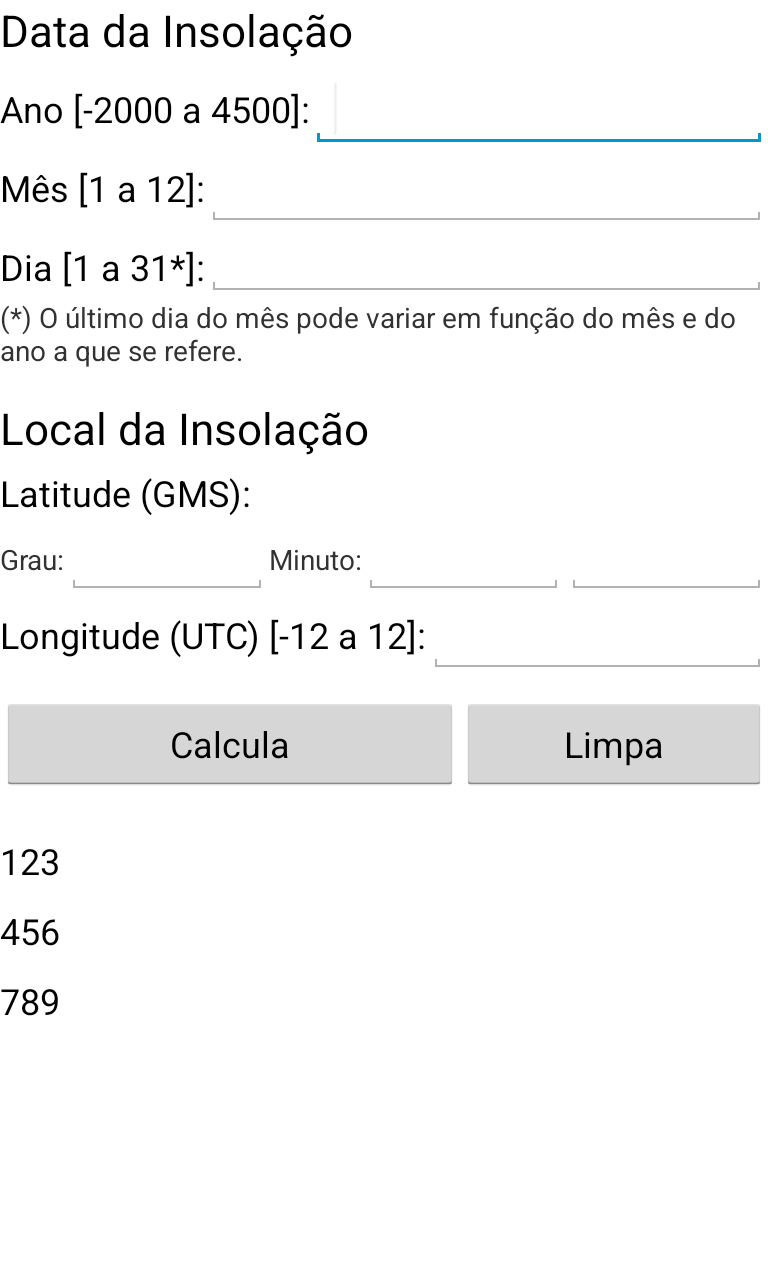
Repository: sergioPereiraBR/insolacao_terrestre
Layout: projeto/source code/InsolacaoTerrestre/res/layout/activity_insolacao_terrestre.xml
The author's editor kept a copy of each file at every save. The layout is drawn from the files as they stood at one save, then again after the next save.
It is drawn on a 768 x 1280 px phone screen (xhdpi) without system bars, with theme AppTheme; the app's code is not run.

Above is the layout before, as saved 2016-11-23 22:54:13.

### projeto/source code/InsolacaoTerrestre/res/layout/activity_insolacao_terrestre.xml
<LinearLayout xmlns:android="http://schemas.android.com/apk/res/android"
    xmlns:tools="http://schemas.android.com/tools"
    android:id="@+id/LinearLayout1"
    android:layout_width="match_parent"
    android:layout_height="match_parent"
    android:orientation="vertical"
    tools:context="${relativePackage}.${activityClass}" >

    <LinearLayout
        android:layout_width="fill_parent"
        android:layout_height="35dp" >

        <TextView
            android:id="@+id/textView4"
            android:layout_width="wrap_content"
            android:layout_height="wrap_content"
            android:text="Data da Insolação"
            android:textAppearance="?android:attr/textAppearanceLarge" />
    </LinearLayout>

    <LinearLayout
        android:layout_width="match_parent"
        android:layout_height="wrap_content" >

        <TextView
            android:id="@+id/textView5"
            android:layout_width="wrap_content"
            android:layout_height="wrap_content"
            android:text="Ano [-2000 a 4500]:"
            android:textAppearance="?android:attr/textAppearanceMedium" />

        <EditText
            android:id="@+id/editText1"
            android:layout_width="fill_parent"
            android:layout_height="wrap_content"
            android:layout_weight="1"
            android:ems="10"
            android:inputType="numberSigned" >

            <requestFocus />
        </EditText>
    </LinearLayout>

    <LinearLayout
        android:layout_width="match_parent"
        android:layout_height="wrap_content"
        android:orientation="horizontal" >

        <TextView
            android:id="@+id/textView1"
            android:layout_width="wrap_content"
            android:layout_height="wrap_content"
            android:text="Mês [1 a 12]:"
            android:textAppearance="?android:attr/textAppearanceMedium" />

        <EditText
            android:id="@+id/editText2"
            android:layout_width="fill_parent"
            android:layout_height="wrap_content"
            android:layout_weight="0.39"
            android:ems="10"
            android:inputType="number" />

    </LinearLayout>

    <LinearLayout
        android:layout_width="match_parent"
        android:layout_height="wrap_content"
        android:orientation="vertical" >

        <LinearLayout
            android:layout_width="match_parent"
            android:layout_height="35dp" >

            <TextView
                android:id="@+id/textView2"
                android:layout_width="wrap_content"
                android:layout_height="wrap_content"
                android:text="Dia [1 a 31*]:"
                android:textAppearance="?android:attr/textAppearanceMedium" />

            <EditText
                android:id="@+id/editText3"
                android:layout_width="fill_parent"
                android:layout_height="wrap_content"
                android:layout_weight="1"
                android:ems="10"
                android:inputType="number" />
        </LinearLayout>

        <TextView
            android:id="@+id/textView11"
            android:layout_width="wrap_content"
            android:layout_height="50dp"
            android:layout_weight="1"
            android:text="(*) O último dia do mês pode variar em função do mês e do ano a que se refere."
            android:textAppearance="?android:attr/textAppearanceSmall" />

    </LinearLayout>

    <LinearLayout
        android:layout_width="match_parent"
        android:layout_height="35dp" >

        <TextView
            android:id="@+id/textView3"
            android:layout_width="wrap_content"
            android:layout_height="wrap_content"
            android:text="Local da Insolação"
            android:textAppearance="?android:attr/textAppearanceLarge" />

    </LinearLayout>

    <LinearLayout
        android:layout_width="match_parent"
        android:layout_height="wrap_content" >

        <TextView
            android:id="@+id/textView6"
            android:layout_width="wrap_content"
            android:layout_height="wrap_content"
            android:text="Latitude (GMS):"
            android:textAppearance="?android:attr/textAppearanceMedium" />

    </LinearLayout>

    <LinearLayout
        android:layout_width="match_parent"
        android:layout_height="wrap_content" >

        <TextView
            android:id="@+id/textView7"
            android:layout_width="wrap_content"
            android:layout_height="wrap_content"
            android:text="Grau:"
            android:textAppearance="?android:attr/textAppearanceSmall" />

        <EditText
        	android:id="@+id/editText4"
            android:layout_width="wrap_content"
            android:layout_height="wrap_content"
            android:layout_weight="1"
            android:ems="10"
            android:inputType="numberSigned" />


        <TextView
            android:id="@+id/textView8"
            android:layout_width="wrap_content"
            android:layout_height="wrap_content"
            android:text="Minuto:"
            android:textAppearance="?android:attr/textAppearanceSmall" />

        <EditText
            android:id="@+id/editText5"
            android:layout_width="wrap_content"
            android:layout_height="wrap_content"
            android:layout_weight="1"
            android:ems="10"
            android:inputType="number" />

        <EditText
            android:id="@+id/editText6"
            android:layout_width="wrap_content"
            android:layout_height="wrap_content"
            android:layout_weight="1"
            android:ems="10"
            android:inputType="numberDecimal" />

    </LinearLayout>

    <LinearLayout
        android:layout_width="match_parent"
        android:layout_height="50dp"
        android:orientation="horizontal" >

        <Space
            android:layout_width="wrap_content"
            android:layout_height="match_parent" />

        <TextView
            android:id="@+id/textView10"
            android:layout_width="wrap_content"
            android:layout_height="wrap_content"
            android:text="Longitude (UTC) [-12 a 12]:"
            android:textAppearance="?android:attr/textAppearanceMedium" />

        <EditText
            android:id="@+id/editText7"
            android:layout_width="fill_parent"
            android:layout_height="wrap_content"
            android:layout_weight="1"
            android:ems="10"
            android:inputType="numberSigned" />

    </LinearLayout>

    <LinearLayout
        android:layout_width="fill_parent"
        android:layout_height="70dp"
        android:orientation="horizontal" >

        <RelativeLayout
            android:layout_width="wrap_content"
            android:layout_height="match_parent" >

            <Button
                android:id="@+id/button2"
                android:layout_width="154dp"
                android:layout_height="wrap_content"
                android:layout_alignParentRight="true"
                android:layout_alignParentTop="true"
                android:text="Limpa" />

            <Button
                android:id="@+id/button1"
                android:layout_width="146dp"
                android:layout_height="wrap_content"
                android:layout_alignParentLeft="true"
                android:layout_alignParentTop="true"
                android:layout_toLeftOf="@+id/button2"
                android:text="Calcula" />

        </RelativeLayout>

    </LinearLayout>

    <LinearLayout
        android:layout_width="match_parent"
        android:layout_height="100dp"
        android:orientation="vertical" >

        <TextView
            android:id="@+id/textView13"
            android:layout_width="wrap_content"
            android:layout_height="35dp"
            android:text="123"
            android:textAppearance="?android:attr/textAppearanceMedium" />

        <TextView
            android:id="@+id/textView14"
            android:layout_width="wrap_content"
            android:layout_height="35dp"
            android:text="456"
            android:textAppearance="?android:attr/textAppearanceMedium" />

        <TextView
            android:id="@+id/textView15"
            android:layout_width="wrap_content"
            android:layout_height="35dp"
            android:text="789"
            android:textAppearance="?android:attr/textAppearanceMedium" />

        <TextView
            android:id="@+id/textView12"
            android:layout_width="wrap_content"
            android:text="teste"
            android:textAppearance="?android:attr/textAppearanceMedium" />

    </LinearLayout>

</LinearLayout>

Loaded but not shown: projeto/source code/InsolacaoTerrestre/res/values/styles.xml (common file); projeto/source code/InsolacaoTerrestre/res/values-v11/styles.xml (common file); projeto/source code/InsolacaoTerrestre/res/values-v14/styles.xml (common file)

After the next save:
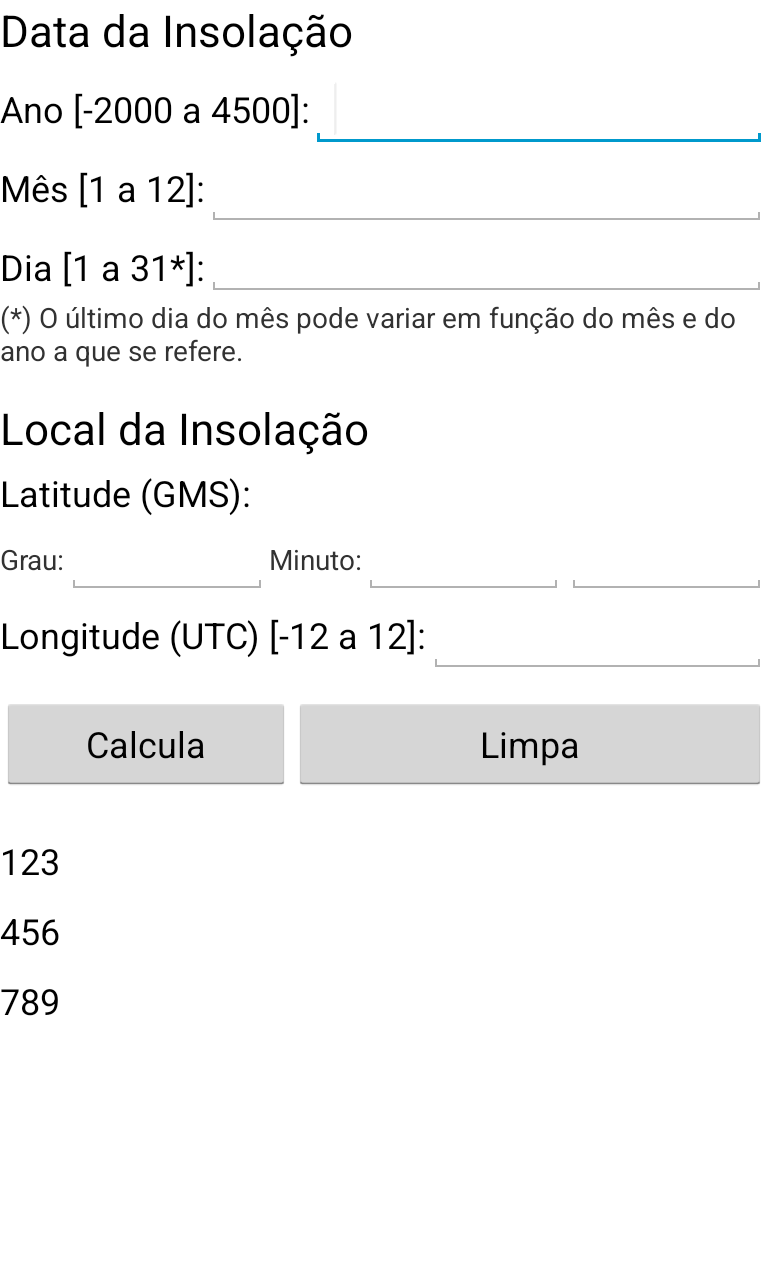
Saved 41 s later.
--- a/projeto/source code/InsolacaoTerrestre/res/layout/activity_insolacao_terrestre.xml
+++ b/projeto/source code/InsolacaoTerrestre/res/layout/activity_insolacao_terrestre.xml
@@ -210,6 +210,7 @@
                 android:layout_height="wrap_content"
                 android:layout_alignParentRight="true"
                 android:layout_alignParentTop="true"
+                android:layout_toRightOf="@+id/button1"
                 android:text="Limpa" />
 
             <Button
@@ -218,7 +219,6 @@
                 android:layout_height="wrap_content"
                 android:layout_alignParentLeft="true"
                 android:layout_alignParentTop="true"
-                android:layout_toLeftOf="@+id/button2"
                 android:text="Calcula" />
 
         </RelativeLayout>
